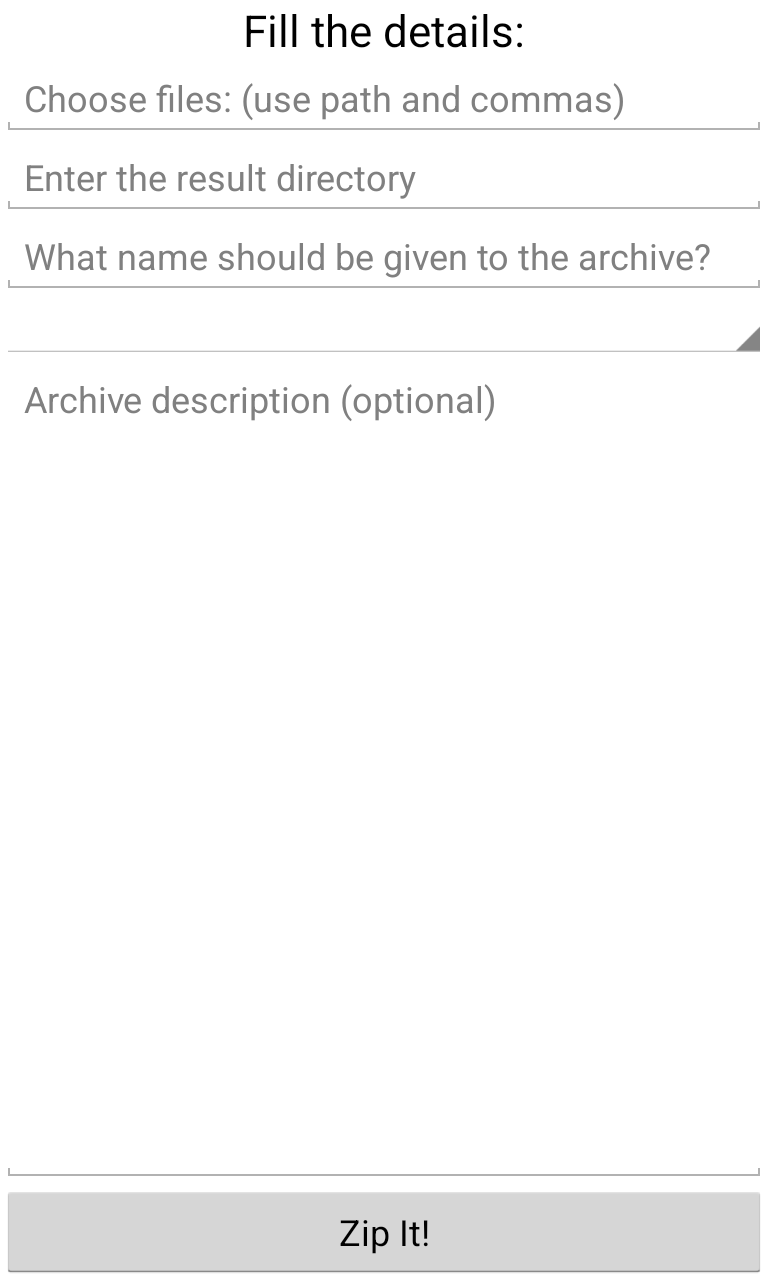
Repository: ya-ivanov/Android-Projects
Layout: Android Projects (OLD)/Zip It!/ZipIt/res/layout/activity_main.xml
These files come from the project's save history. The layout is drawn as it stood at one moment and after the next save; the edit follows.
It is drawn on a 768 x 1280 px phone screen (xhdpi) without system bars, with theme AppTheme; the app's code is not run.

Above is the layout before, as saved 2013-12-11 20:45:47.

### Android Projects (OLD)/Zip It!/ZipIt/res/layout/activity_main.xml
<LinearLayout xmlns:android="http://schemas.android.com/apk/res/android"
    android:layout_width="fill_parent"
    android:layout_height="fill_parent"
    android:orientation="vertical" >

    <TextView
        android:id="@+id/textView1"
        android:layout_width="match_parent"
        android:layout_height="wrap_content"
        android:gravity="center_horizontal"
        android:text="Fill the details:"
        android:textAppearance="?android:attr/textAppearanceLarge" />

    <EditText
        android:id="@+id/files"
        android:layout_width="match_parent"
        android:layout_height="wrap_content"
        android:ems="10"
        android:hint="Choose files: (use path and commas)"
        android:singleLine="true">
    </EditText>

    <EditText
        android:id="@+id/endDir"
        android:layout_width="match_parent"
        android:layout_height="wrap_content"
        android:ems="10"
        android:hint="Enter the result directory"
         android:singleLine="true">
    </EditText>

    <EditText
        android:id="@+id/archiveName"
        android:layout_width="match_parent"
        android:layout_height="wrap_content"
        android:ems="10"
        android:hint="What name should be given to the archive?"
         android:singleLine="true">
    </EditText>

    <Spinner
        android:id="@+id/spinner"
        android:layout_width="fill_parent"
        android:layout_height="wrap_content" />

    <EditText
        android:id="@+id/editText1"
        android:layout_width="match_parent"
        android:layout_height="wrap_content"
        android:layout_weight="1"
        android:ems="10"
        android:hint="Archive description (optional)"
        android:gravity="top" >

    </EditText>

    <Button
        android:id="@+id/button1"
        android:layout_width="match_parent"
        android:layout_height="wrap_content"
        android:text="Zip It!" />

</LinearLayout>

Loaded but not shown: Android Projects (OLD)/Zip It!/ZipIt/res/values/styles.xml (common file); Android Projects (OLD)/Zip It!/ZipIt/res/values-v11/styles.xml (common file); Android Projects (OLD)/Zip It!/ZipIt/res/values-v14/styles.xml (common file)

After the next save:
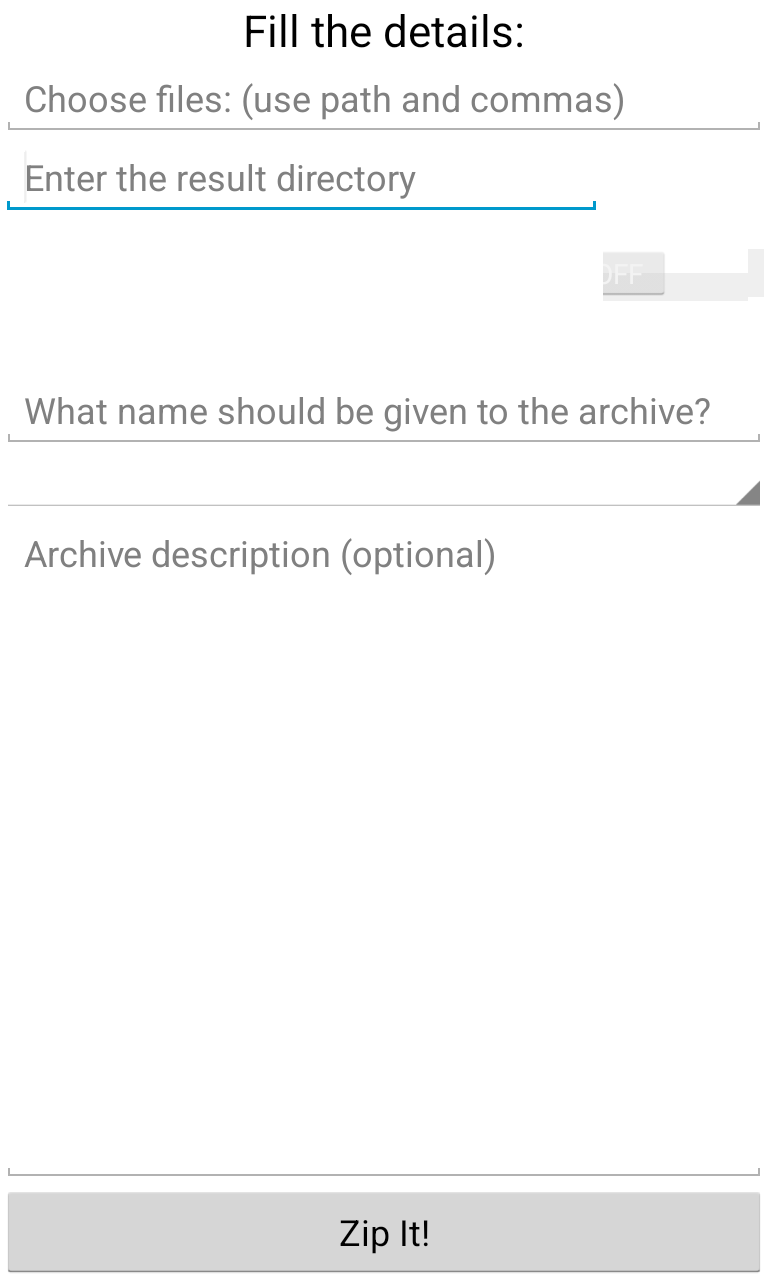
Saved 3 s later.
--- a/Android Projects (OLD)/Zip It!/ZipIt/res/layout/activity_main.xml
+++ b/Android Projects (OLD)/Zip It!/ZipIt/res/layout/activity_main.xml
@@ -20,14 +20,30 @@
         android:singleLine="true">
     </EditText>
 
-    <EditText
-        android:id="@+id/endDir"
+    <LinearLayout
         android:layout_width="match_parent"
-        android:layout_height="wrap_content"
-        android:ems="10"
-        android:hint="Enter the result directory"
-         android:singleLine="true">
-    </EditText>
+        android:layout_height="wrap_content" >
+
+        <EditText
+            android:id="@+id/endDir"
+            android:layout_width="match_parent"
+            android:layout_height="wrap_content"
+            android:layout_weight="1"
+            android:ems="10"
+            android:hint="Enter the result directory"
+            android:singleLine="true" >
+
+            <requestFocus />
+        </EditText>
+
+        <Switch
+            android:id="@+id/switch1"
+            android:layout_width="wrap_content"
+            android:layout_height="wrap_content"
+            android:layout_weight="1"
+            android:text="Switch" />
+
+    </LinearLayout>
 
     <EditText
         android:id="@+id/archiveName"
